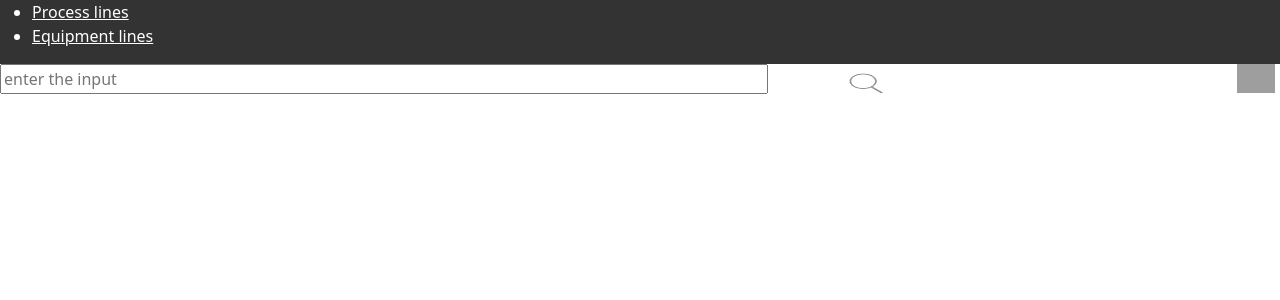
Repository: sreech465/evin3
Page: /pdetails
These files come from the project's save history. The page is drawn as it stood at one moment and after the next save; the edit follows.
The browser window is 1280 px wide. The pictures show the whole page.
Pictures or frames that could not be fetched are drawn as grey boxes. The page's requests for data from a server got no answer. The project was rebuilt for these pictures with package versions that can differ from the ones it lists, and the page was loaded fresh each time. No one was signed in, and anything a server would have sent is missing. Also part of the build but not shown: src/Login.js, src/Display.js, src/Details.js, src/Equipment.js, src/Learning.js, src/ProcessDetails.js, src/EquipDetails.js.

Above is the page before, as saved 2022-10-29 07:41:58.

After the next save:
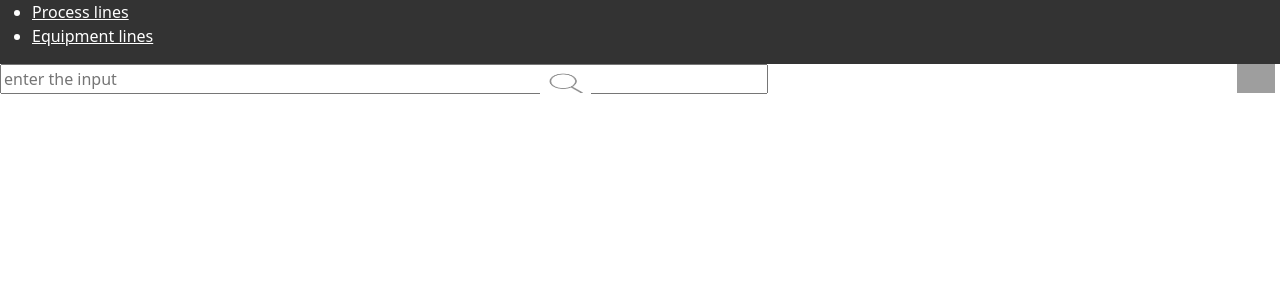
Saved 8 s later.
--- a/src/CustomSearchBar.js
+++ b/src/CustomSearchBar.js
@@ -39,7 +39,7 @@ const CustomSearchBar = (props) => {
               width: "4%",
               height: "4%",
               position: "absolute",
-              left: 840,
+              left: 540,
               marginTop: 5,
             }}
           />
